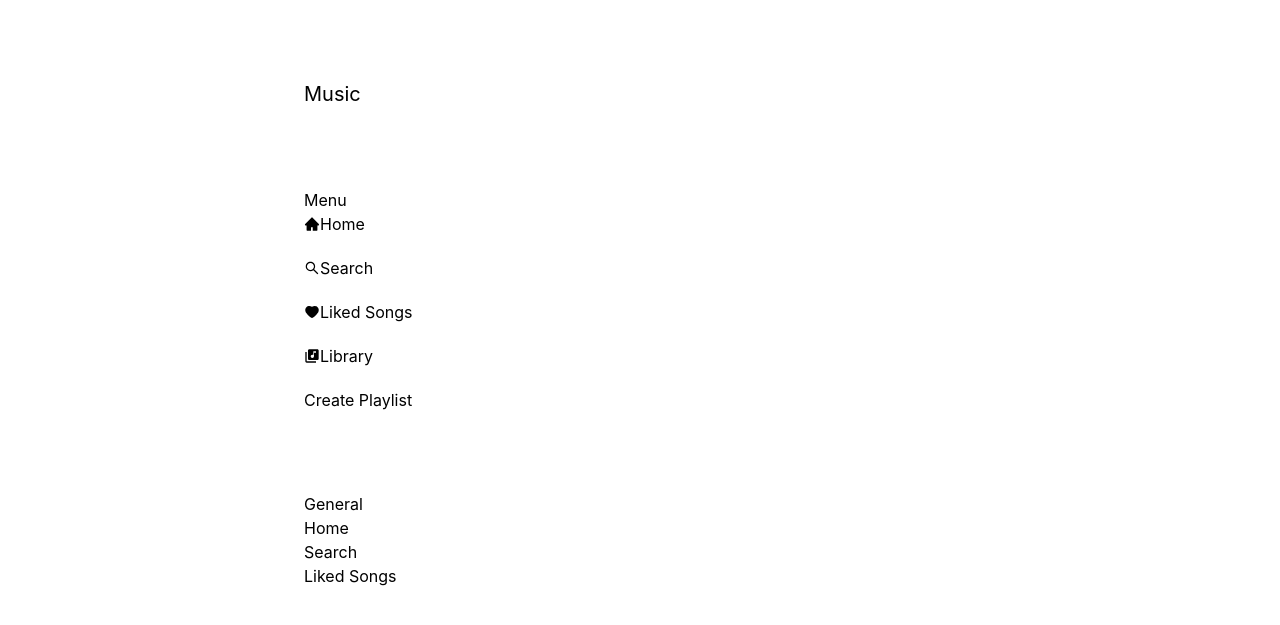
Repository: brandford7/music-player
Page: /
These files come from the project's save history. The page is drawn as it stood at one moment and after the next save; the edit follows.
The browser window is 1280 px wide. The pictures show the whole page.
The project was rebuilt for these pictures with package versions that can differ from the ones it lists, and the page was loaded fresh each time. The framework's server and built-in components were replaced by stand-ins that run in the browser. Also part of the build but not shown: next.config.js.

Above is the page before, as saved 2022-11-18 11:11:48.

### pages/index.js
import Head from "next/head";
import Image from "next/image";
import { Sidebar } from "../components";

export default function Home() {
  return (
    <div className="flex mx-auto max-w-2xl my-20">
      <Head>
        <title>Music Player</title>
        <meta name="description" content="Generated by create next app" />
        <link rel="icon" href="/favicon.ico" />
      </Head>
      <aside>
        <Sidebar />
      </aside>
    </div>
  );
}

### styles/globals.css
@tailwind base;
@tailwind components;
@tailwind utilities;



html,
body {
  padding: 0;
  margin: 0;
  font-family: -apple-system, BlinkMacSystemFont, Segoe UI, Roboto, Oxygen,
    Ubuntu, Cantarell, Fira Sans, Droid Sans, Helvetica Neue, sans-serif;
}

a {
  color: inherit;
  text-decoration: none;
}

* {
  box-sizing: border-box;
}

@media (prefers-color-scheme: dark) {
  html {
    color-scheme: dark;
  }
  body {
    color: white;
    background: black;
  }
}

### components/index.js
export {default as Sidebar} from './Sidebar';

### components/Sidebar.jsx
import React from "react";
import { AiFillHome, AiOutlineSearch, AiFillHeart } from "react-icons/ai";
import { MdLibraryMusic } from "react-icons/md";

const Sidebar = () => {
  return (
    <div className="flex flex-col space-y-20">
      <section>
        <h1 className="text-xl">Music</h1>
      </section>
      <section>
        <h2>Menu</h2>
        <ul className="space-y-5">
          <li className="flex items-center ">
            <AiFillHome />
            Home
          </li>
          <li className="flex items-center ">
            <AiOutlineSearch />
            Search
          </li>
          <li className="flex items-center ">
            <AiFillHeart />
            Liked Songs
          </li>
          <li className="flex items-center ">
            <MdLibraryMusic />
            Library
          </li>
          <li className="flex items-center ">Create Playlist</li>
        </ul>
      </section>
      <section>
        <h2>General</h2>
        <ul className="">
          <li>Home</li>
          <li>Search</li>
          <li>Liked Songs</li>
        </ul>
      </section>
    </div>
  );
};

export default Sidebar;

Loaded but not shown: pages/_app.js (common file); tailwind.config.js (common file)

After the next save:
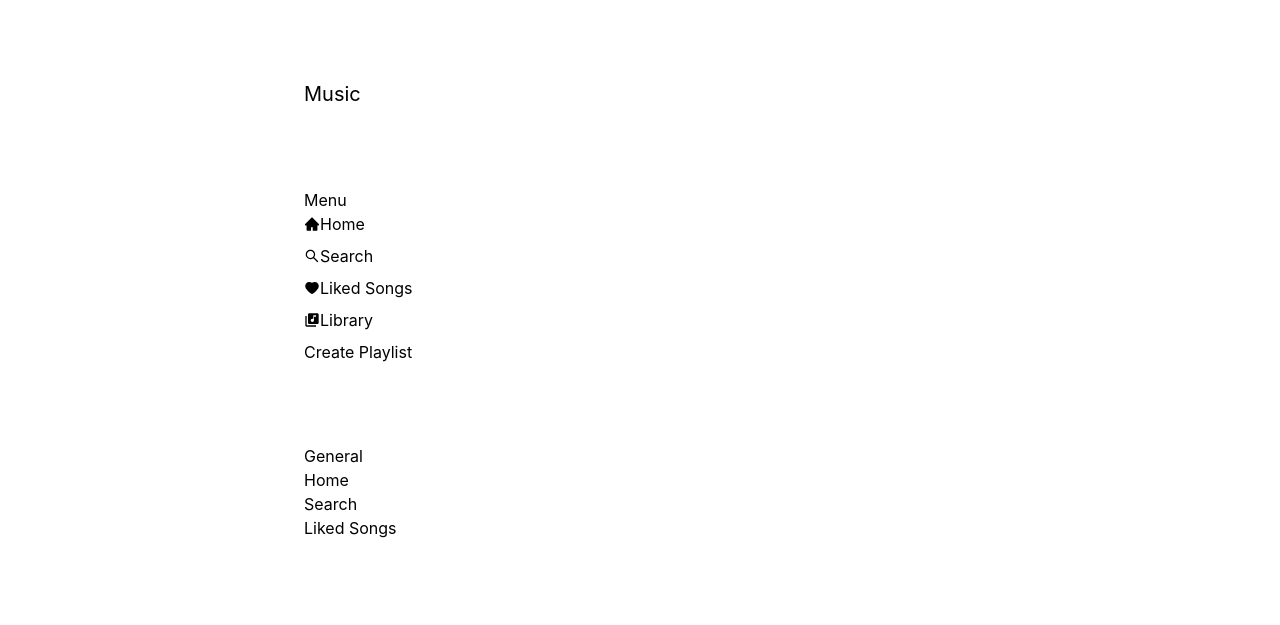
Saved 19 s later.
--- a/components/Sidebar.jsx
+++ b/components/Sidebar.jsx
@@ -10,7 +10,7 @@ const Sidebar = () => {
       </section>
       <section>
         <h2>Menu</h2>
-        <ul className="space-y-5">
+        <ul className="space-y-2">
           <li className="flex items-center ">
             <AiFillHome />
             Home
